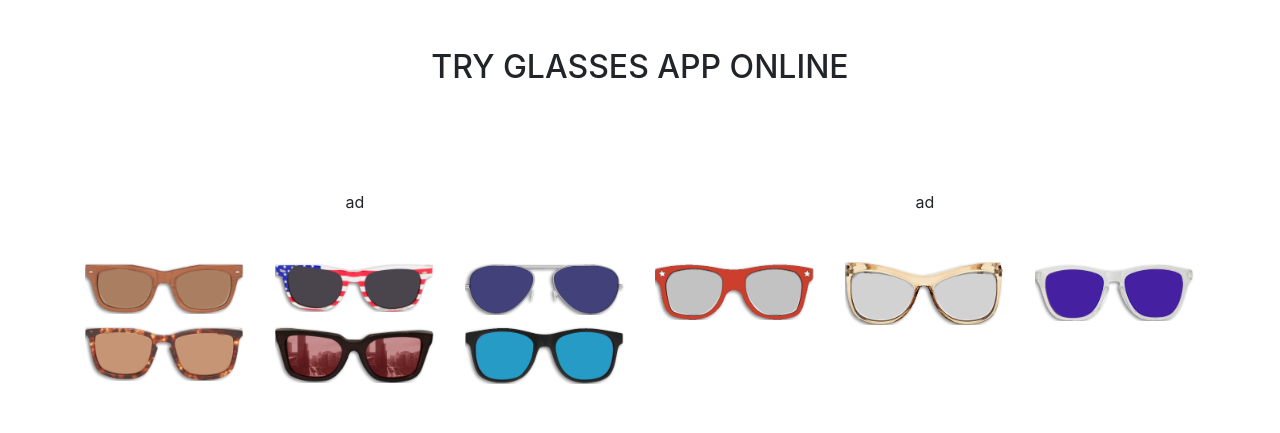
Repository: phongthanhh/ChoseGlass
Page: /
These files come from the project's save history. The page is drawn as it stood at one moment and after the next save; the edit follows.
The browser window is 1280 px wide. The pictures show the whole page.
The project was rebuilt for these pictures with package versions that can differ from the ones it lists, and the page was loaded fresh each time.

Above is the page before, as saved 2022-12-25 15:34:11.

### public/index.html
<!DOCTYPE html>
<html lang="en">
  <head>
    <meta charset="utf-8" />
    <link rel="icon" href="%PUBLIC_URL%/favicon.ico" />
    <meta name="viewport" content="width=device-width, initial-scale=1" />
    <meta name="theme-color" content="#000000" />
    <meta
      name="description"
      content="Web site created using create-react-app"
    />

      <!-- Bootstrap CSS -->
      <link rel="stylesheet" href="https://stackpath.bootstrapcdn.com/bootstrap/4.3.1/css/bootstrap.min.css" integrity="sha384-ggOyR0iXCbMQv3Xipma34MD+dH/1fQ784/j6cY/iJTQUOhcWr7x9JvoRxT2MZw1T" crossorigin="anonymous">
    <link rel="apple-touch-icon" href="%PUBLIC_URL%/logo192.png" />
    <!--
      manifest.json provides metadata used when your web app is installed on a
      user's mobile device or desktop. See https://developers.google.com/web/fundamentals/web-app-manifest/
    -->
    <link rel="manifest" href="%PUBLIC_URL%/manifest.json" />
    <!--
      Notice the use of %PUBLIC_URL% in the tags above.
      It will be replaced with the URL of the `public` folder during the build.
      Only files inside the `public` folder can be referenced from the HTML.

      Unlike "/favicon.ico" or "favicon.ico", "%PUBLIC_URL%/favicon.ico" will
      work correctly both with client-side routing and a non-root public URL.
      Learn how to configure a non-root public URL by running `npm run build`.
    -->
    <title>React App</title>
  </head>
  <body>
    <noscript>You need to enable JavaScript to run this app.</noscript>
    <div id="root"></div>
    <!--
      This HTML file is a template.
      If you open it directly in the browser, you will see an empty page.

      You can add webfonts, meta tags, or analytics to this file.
      The build step will place the bundled scripts into the <body> tag.

      To begin the development, run `npm start` or `yarn start`.
      To create a production bundle, use `npm run build` or `yarn build`.
    -->

     <!-- Optional JavaScript -->
    <!-- jQuery first, then Popper.js, then Bootstrap JS -->
    <script src="https://code.jquery.com/jquery-3.3.1.slim.min.js" integrity="sha384-q8i/X+965DzO0rT7abK41JStQIAqVgRVzpbzo5smXKp4YfRvH+8abtTE1Pi6jizo" crossorigin="anonymous"></script>
    <script src="https://cdnjs.cloudflare.com/ajax/libs/popper.js/1.14.7/umd/popper.min.js" integrity="sha384-UO2eT0CpHqdSJQ6hJty5KVphtPhzWj9WO1clHTMGa3JDZwrnQq4sF86dIHNDz0W1" crossorigin="anonymous"></script>
    <script src="https://stackpath.bootstrapcdn.com/bootstrap/4.3.1/js/bootstrap.min.js" integrity="sha384-JjSmVgyd0p3pXB1rRibZUAYoIIy6OrQ6VrjIEaFf/nJGzIxFDsf4x0xIM+B07jRM" crossorigin="anonymous"></script>
  </body>
</html>

### src/App.js
import logo from './logo.svg';
import './App.css';
import BTGlass from './ChoseGlass/BTGlass';

function App() {
  return (
    <div className="App">
      <BTGlass />
    </div>
  );
}

export default App;

### src/ChoseGlass/BTGlass.jsx
import React, { Component } from 'react';

class BTGlass extends Component {

    listGlass = [
        {
            "id": 1,
            "price": 30,
            "name": "GUCCI G8850U",
            "url": "./img/v1.png",
            "desc": "Light pink square lenses define these sunglasses, ending with amother of pearl effect tip. "
        },
        {
            "id": 2,
            "price": 50,
            "name": "GUCCI G8759H",
            "url": "./img/v2.png",
            "desc": "Light pink square lenses define these sunglasses, ending with amother of pearl effect tip. "
        },
        {
            "id": 3,
            "price": 30,
            "name": "DIOR D6700HQ",
            "url": "./img/v3.png",
            "desc": "Light pink square lenses define these sunglasses, ending with amother of pearl effect tip. "
        },
        {
            "id": 4,
            "price": 70,
            "name": "DIOR D6005U",
            "url": "./img/v4.png",
            "desc": "Light pink square lenses define these sunglasses, ending with amother of pearl effect tip. "
        },
        {
            "id": 5,
            "price": 40,
            "name": "PRADA P8750",
            "url": "./img/v5.png",
            "desc": "Light pink square lenses define these sunglasses, ending with amother of pearl effect tip. "
        },
        {
            "id": 6,
            "price": 60,
            "name": "PRADA P9700",
            "url": "./img/v6.png",
            "desc": "Light pink square lenses define these sunglasses, ending with amother of pearl effect tip. "
        },
        {
            "id": 7,
            "price": 80,
            "name": "FENDI F8750",
            "url": "./img/v7.png",
            "desc": "Light pink square lenses define these sunglasses, ending with amother of pearl effect tip. "
        },
        {
            "id": 8,
            "price": 100,
            "name": "FENDI F8500",
            "url": "./img/v8.png",
            "desc": "Light pink square lenses define these sunglasses, ending with amother of pearl effect tip. "
        },
        {
            "id": 9,
            "price": 60,
            "name": "FENDI F4300",
            "url": "./img/v9.png",
            "desc": "Light pink square lenses define these sunglasses, ending with amother of pearl effect tip. "
        }
    ]

    renderListGlass = () => {
        return this.listGlass.map(glass => {
            return (
                <div className="col-2">
                    <img style={{ width: '100%' }} src={glass.url} alt="" />
                </div>
            )
        })
    }


    render() {
        return (
            <div>
                <section className='main'>
                    <h2 className='py-5'>TRY GLASSES APP ONLINE</h2>
                    <div className="item container">
                        <div className="row py-5">
                            <div className="col-6">
                                <img src="" alt="" />
                                ad
                            </div>
                            <div className="col-6">
                                <img src="" alt="" />
                                ad
                            </div>
                        </div>
                        <div className="row">
                            {this.renderListGlass()}
                        </div>
                    </div>
                </section>
            </div>
        );
    }
}

export default BTGlass;

Loaded but not shown: src/index.js (common file); src/index.css (common file); src/reportWebVitals.js (common file); src/App.css (common file)

After the next save:
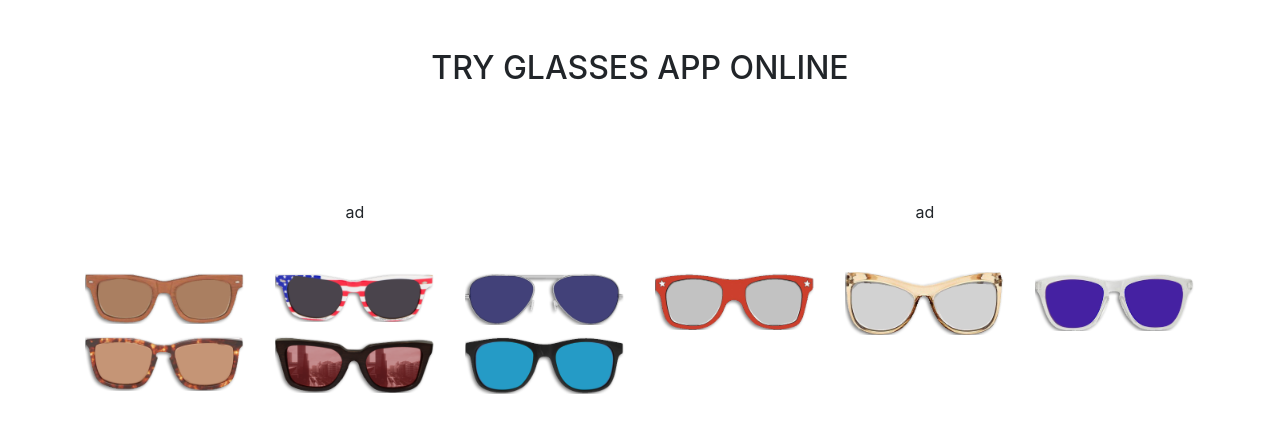
Saved 23 s later.
--- a/src/ChoseGlass/BTGlass.jsx
+++ b/src/ChoseGlass/BTGlass.jsx
@@ -83,7 +83,7 @@
         return (
             <div>
                 <section className='main'>
-                    <h2 className='py-5'>TRY GLASSES APP ONLINE</h2>
+                    <h2 className='py-5 alert '>TRY GLASSES APP ONLINE</h2>
                     <div className="item container">
                         <div className="row py-5">
                             <div className="col-6">
